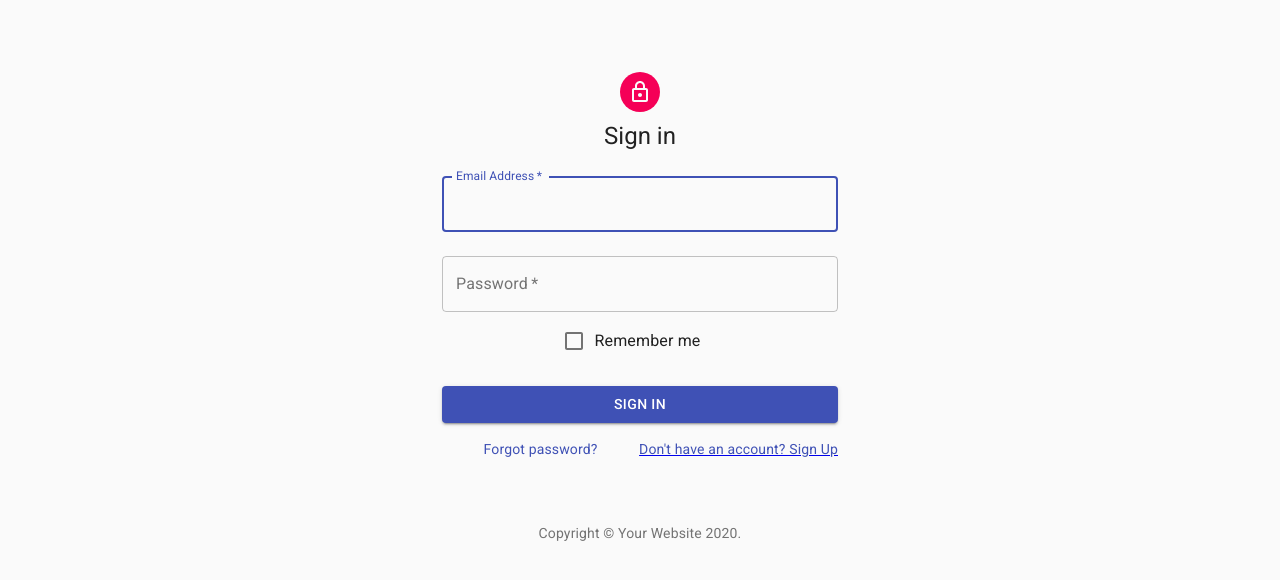
Repository: mk1020/Daily-Bot
Page: /
An editor plug-in stored every save of this project. The page is shown before and after the next save, followed by the edit.
The browser window is 1280 px wide. The pictures show the whole page.
The project was rebuilt for these pictures with package versions that can differ from the ones it lists, and the page was loaded fresh each time. Also part of the build but not shown: src/components/SignUp.js.

Above is the page before, as saved 2020-03-09 14:08:36.

After the next save:
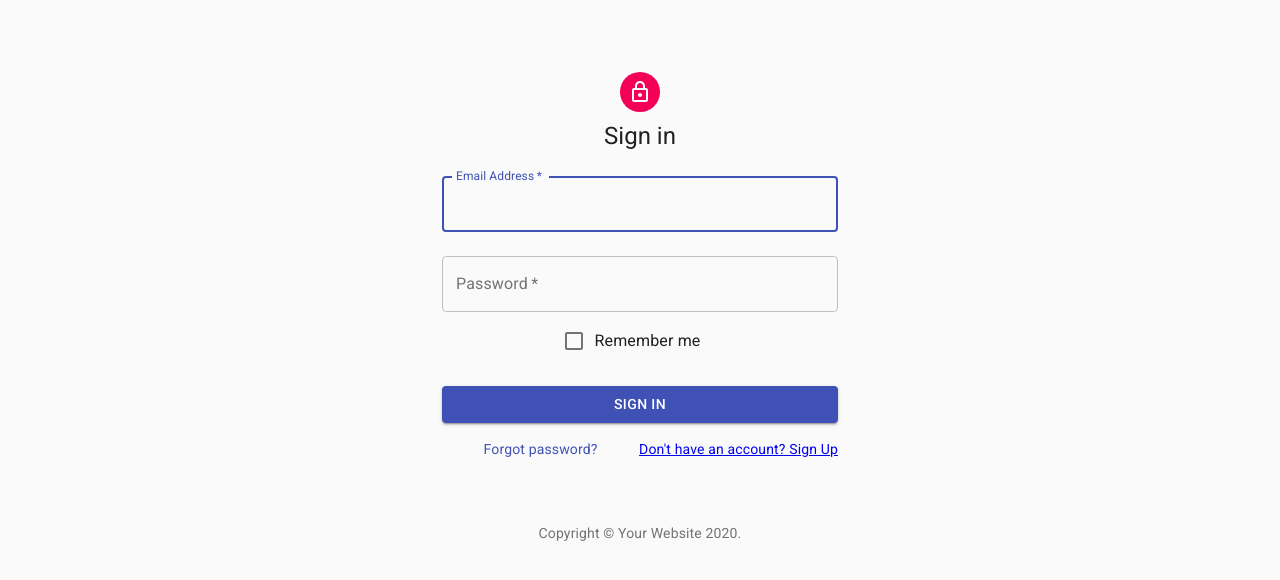
Saved 26 s later.
--- a/src/components/SignIn.js
+++ b/src/components/SignIn.js
@@ -104,9 +104,7 @@ export default function SignIn() {
 						</Grid>
 						<Grid item>
 							<NavLink to="/signup">
-								<Link variant="body2">
 									{"Don't have an account? Sign Up"}
-								</Link>
 							</NavLink>
 						</Grid>
 					</Grid>
